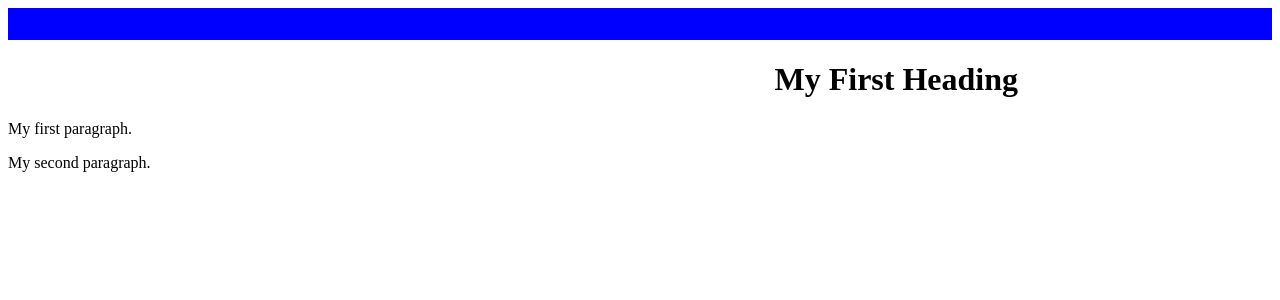
Repository: jason-ward220/jason-ward220.github.io
Page: index.html
The author's editor kept a record of every edit. The page is drawn from the files as they stood at one moment, then again after the next edit.
The browser window is 1280 px wide. The pictures show the whole page.

Above is the page before.

After the next edit:
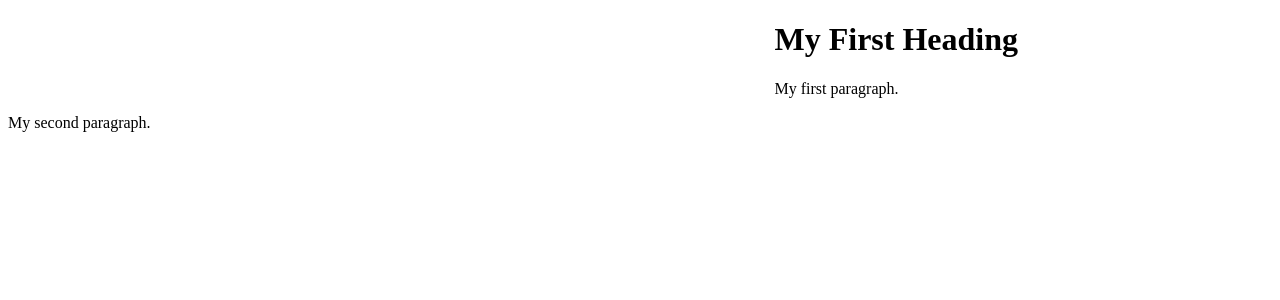
The edit:
--- a/index.html
+++ b/index.html
@@ -9,11 +9,9 @@
             {
                 background-color:Blue;
                 width: 100%;
-                padding-top:16px;
-                padding-bottom:16px;
                 opacity:1;
             }
-            .navbar a
+            .navbar a, moreLinks
             {
                 color:white;
                 font-size:24px;
